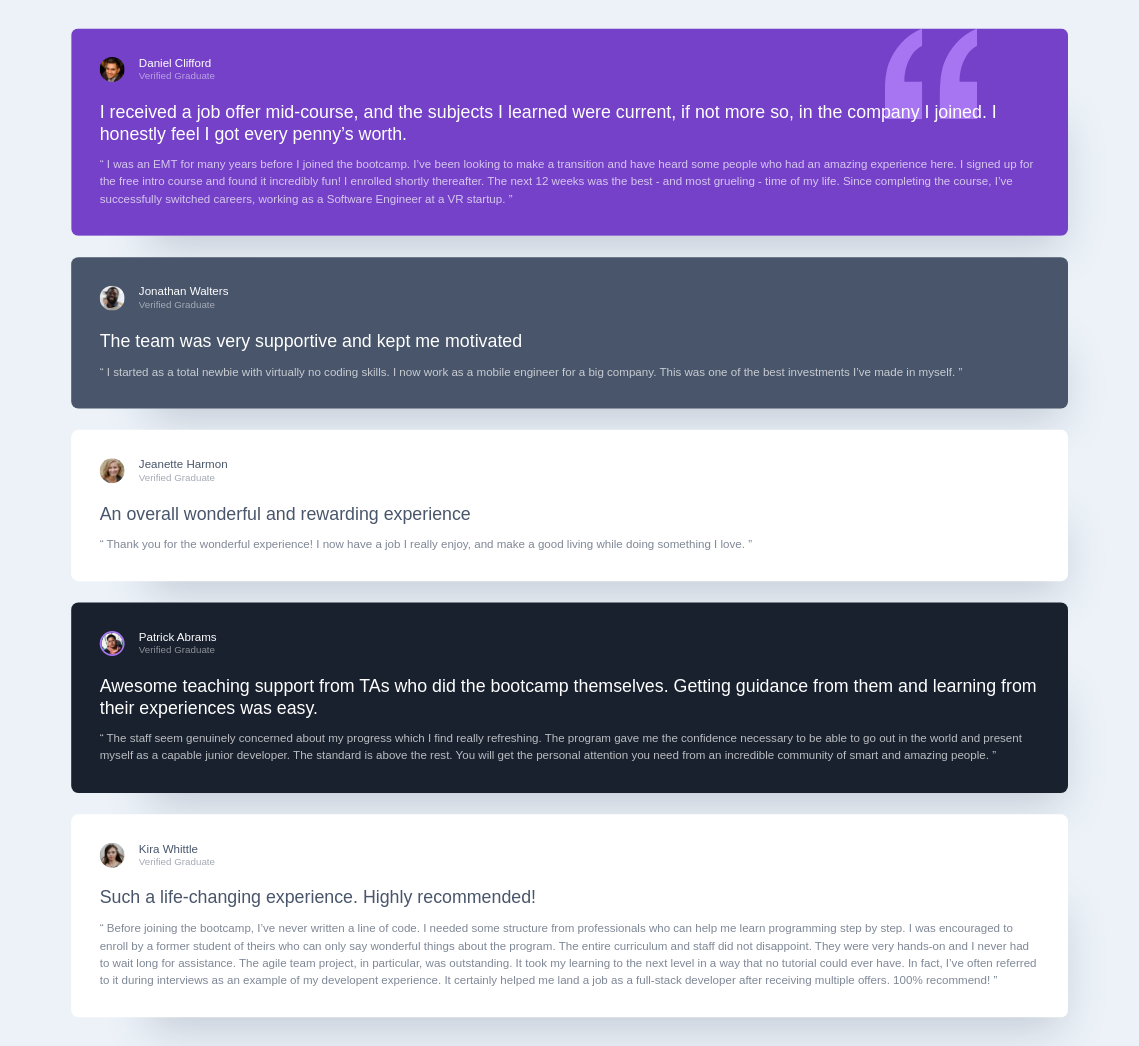
Repository: Imprasna/Grid_template
Page: index.html
An editor plug-in stored every save of this project. The page is shown before and after the next save, followed by the edit.
The browser window is 1280 px wide. The pictures show the whole page, at 89% of full size.

Above is the page before, as saved 2021-11-28 10:33:53.

### index.html
<!DOCTYPE html>
<html lang="en">
<head>
    <meta charset="UTF-8">
    <meta http-equiv="X-UA-Compatible" content="IE=edge">
    <meta name="viewport" content="width=device-width, initial-scale=1.0">
    <link rel="stylesheet" href="style.css">
    <title>GRid</title>
</head>
<body>
    <main class="testimonial-grid">
        <article class="testimonial grid-col-span-2 flow bg-primary-400 quote text-neutral-100">
          <div class="flex">
            <div>
              <img  src="./images/image-daniel.jpg" alt="daniel clifford">
            </div>
            <div>
              <h2 class="name">Daniel Clifford</h2>
              <p class="position">Verified Graduate</p>
            </div>
          </div>
          <p>
            I received a job offer mid-course, and the subjects I learned were current, if not more so,
            in the company I joined. I honestly feel I got every penny’s worth.
          </p>
          <p>
            “ I was an EMT for many years before I joined the bootcamp. I’ve been looking to make a
            transition and have heard some people who had an amazing experience here. I signed up
            for the free intro course and found it incredibly fun! I enrolled shortly thereafter.
            The next 12 weeks was the best - and most grueling - time of my life. Since completing
            the course, I’ve successfully switched careers, working as a Software Engineer at a VR startup. ”
          </p>
        </article>
        <article class="testimonial flow bg-secondary-400 text-neutral-100">
          <div class="flex">
            <div>
              <img src="./images/image-jonathan.jpg" alt="Jonathan Walters">
            </div>
            <div>
              <h2 class="name">Jonathan Walters</h2>
              <p class="position">Verified Graduate</p>
            </div>
          </div>
          <p>
            The team was very supportive and kept me motivated
          </p>
          <p>
            “ I started as a total newbie with virtually no coding skills. I now work as a mobile engineer
            for a big company. This was one of the best investments I’ve made in myself. ”
          </p>
        </article>
        <article class="testimonial flow bg-neutral-100 text-secondary-400">
          <div class="flex">
            <div>
              <img src="./images/image-jeanette.jpg" alt="Jeanette Harmon">
            </div>
            <div>
              <h2 class="name">Jeanette Harmon</h2>
              <p class="position">Verified Graduate</p>
            </div>
          </div>
          <p>
            An overall wonderful and rewarding experience</p>
          <p>
            “ Thank you for the wonderful experience! I now have a job I really enjoy, and make a good living
            while doing something I love. ”
          </p>
        </article>
        <article class="testimonial grid-col-span-2 flow bg-secondary-500 text-neutral-100">
          <div class="flex">
            <div>
              <img class="border-primary-400" src="./images/image-patrick.jpg" alt="Patrick Abrams">
            </div>
            <div>
              <h2 class="name">Patrick Abrams</h2>
              <p class="position">Verified Graduate</p>
            </div>
          </div>
          <p>
            Awesome teaching support from TAs who did the bootcamp themselves. Getting guidance from them and
            learning from their experiences was easy.
          </p>
          <p>
            “ The staff seem genuinely concerned about my progress which I find really refreshing. The program
            gave me the confidence necessary to be able to go out in the world and present myself as a capable
            junior developer. The standard is above the rest. You will get the personal attention you need from
            an incredible community of smart and amazing people. ”
          </p>
        </article>
        <article class="testimonial flow bg-neutral-100 text-secondary-400">
          <div class="flex">
            <div>
              <img src="./images/image-kira.jpg" alt="Kira Whittle">
            </div>
            <div>
              <h2 class="name">Kira Whittle</h2>
              <p class="position">Verified Graduate</p>
            </div>
          </div>
          <p>
            Such a life-changing experience. Highly recommended!
          </p>
          <p>
            “ Before joining the bootcamp, I’ve never written a line of code. I needed some structure from
            professionals who can help me learn programming step by step. I was encouraged to enroll by a former
            student of theirs who can only say wonderful things about the program. The entire curriculum and staff
            did not disappoint. They were very hands-on and I never had to wait long for assistance. The agile team
            project, in particular, was outstanding. It took my learning to the next level in a way that no tutorial
            could ever have. In fact, I’ve often referred to it during interviews as an example of my developent
            experience. It certainly helped me land a job as a full-stack developer after receiving multiple offers.
            100% recommend! ”
          </p>
        </article>
      </main>
</body>
</html>

### style.css
:root {
    --clr-primary-400: 263 55% 52%;
    --clr-secondary-400: 217 19% 35%;
    --clr-secondary-500: 219 29% 14%;
    --clr-neutral-100: 0 0% 100%;
    --clr-neutral-200: 210 46% 95%;
    --clr-neutral-300: 0 0% 81%;

    --ff-primary: "Barlow Semi Condensed", sans-serif;

    --fw-400: 500;
    --fw-700: 600;

    --fs-300: 0.6875rem;
    --fs-400: 0.8125rem;
    --fs-500: 1.25rem;
  }

  /* Box sizing rules */
  *,
  *::before,
  *::after {
    box-sizing: border-box;
  }

  /* Remove default margin */
  body,
  h1,
  h2,
  h3,
  h4,
  p,
  figure,
  blockquote,
  dl,
  dd {
    margin: 0;
  }

  /* Remove list styles on ul, ol elements with a list role, which suggests default styling will be removed */
  ul[role="list"],
  ol[role="list"] {
    list-style: none;
  }

  /* Set core root defaults */
  html:focus-within {
    scroll-behavior: smooth;
  }

  /* Set core body defaults */
  body {
    min-height: 100vh;
    text-rendering: optimizeSpeed;
    line-height: 1.5;
  }

  /* A elements that don't have a class get default styles */
  a:not([class]) {
    text-decoration-skip-ink: auto;
  }

  /* Make images easier to work with */
  img,
  picture {
    max-width: 100%;
    display: block;
  }

  /* Inherit fonts for inputs and buttons */
  input,
  button,
  textarea,
  select {
    font: inherit;
  }

  /* Remove all animations, transitions and smooth scroll for people that prefer not to see them */
  @media (prefers-reduced-motion: reduce) {
    html:focus-within {
      scroll-behavior: auto;
    }

    *,
    *::before,
    *::after {
      animation-duration: 0.01ms !important;
      animation-iteration-count: 1 !important;
      transition-duration: 0.01ms !important;
      scroll-behavior: auto !important;
    }
  }

  body {
    display: grid;
    place-content: center;
    min-height: 100vh;

    font-family: var(--ff-primary);
    font-weight: var(--fw-400);

    background-color: hsl(var(--clr-neutral-200));
  }

  h1,
  h2,
  h3 {
    font-weight: var(--fw-700);
  }

  /* utilities */
  .flex {
    display: flex;
    gap: var(--gap, 1rem);
  }

  .flow > *:where(:not(:first-child)) {
    margin-top: var(--flow-spacer, 1em);
  }

  .bg-primary-400 {
    background: hsl(var(--clr-primary-400));
  }
  .bg-secondary-400 {
    background: hsl(var(--clr-secondary-400));
  }
  .bg-secondary-500 {
    background: hsl(var(--clr-secondary-500));
  }

  .bg-neutral-100 {
    background: hsl(var(--clr-neutral-100));
  }

  .text-neutral-100 {
    color: hsl(var(--clr-neutral-100));
  }
  .text-secondary-400 {
    color: hsl(var(--clr-secondary-400));
  }
  .border-primary-400 {
    border: 2px solid #a775f1;
  }

  /* components */
  .testimonial-grid {
    padding-block: 2rem;
    width: min(95%, 70rem);
    margin-inline: auto;

    display: grid;
    gap: 1.5rem;
    grid-template-columns: ;
  }

  .testimonial {
    font-size: var(--fs-400);
    padding: 2rem;
    border-radius: 0.5rem;
    box-shadow: 2.5rem 3.75rem 3rem -3rem hsl(var(--clr-secondary-400) / 0.25);
  }

  .testimonial.quote {
    background-image: url("./images/bg-pattern-quotation.svg");
    background-repeat: no-repeat;
    background-position: top right 10%;
  }

  .testimonial img {
    width: 1.75rem;
    aspect-ratio: 1;
    border-radius: 50%;
  }

  .testimonial .name {
    font-size: var(--fs-400);
    font-weight: var(--fw-400);
    line-height: 1;
  }

  .testimonial .position {
    font-size: var(--fs-300);
    opacity: 0.5;
  }

  .testimonial > p:first-of-type {
    font-size: var(--fs-500);
    line-height: 1.2;
  }

  .testimonial > p:last-of-type {
    opacity: 0.7;
  }

After the next save:
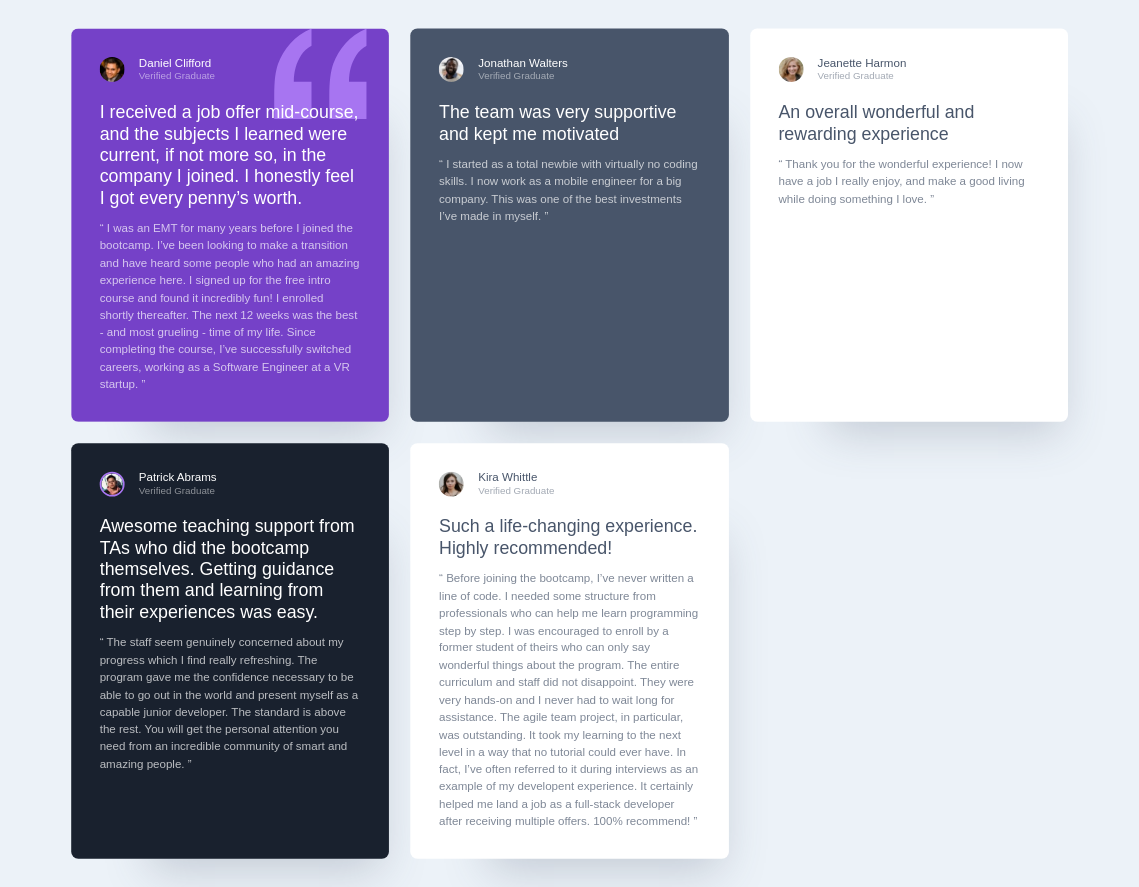
Saved 5 s later.
--- a/style.css
+++ b/style.css
@@ -150,7 +150,7 @@
 
     display: grid;
     gap: 1.5rem;
-    grid-template-columns: ;
+    grid-template-columns: 1fr 1fr 1fr;
   }
 
   .testimonial {

After the 2 saves that followed:
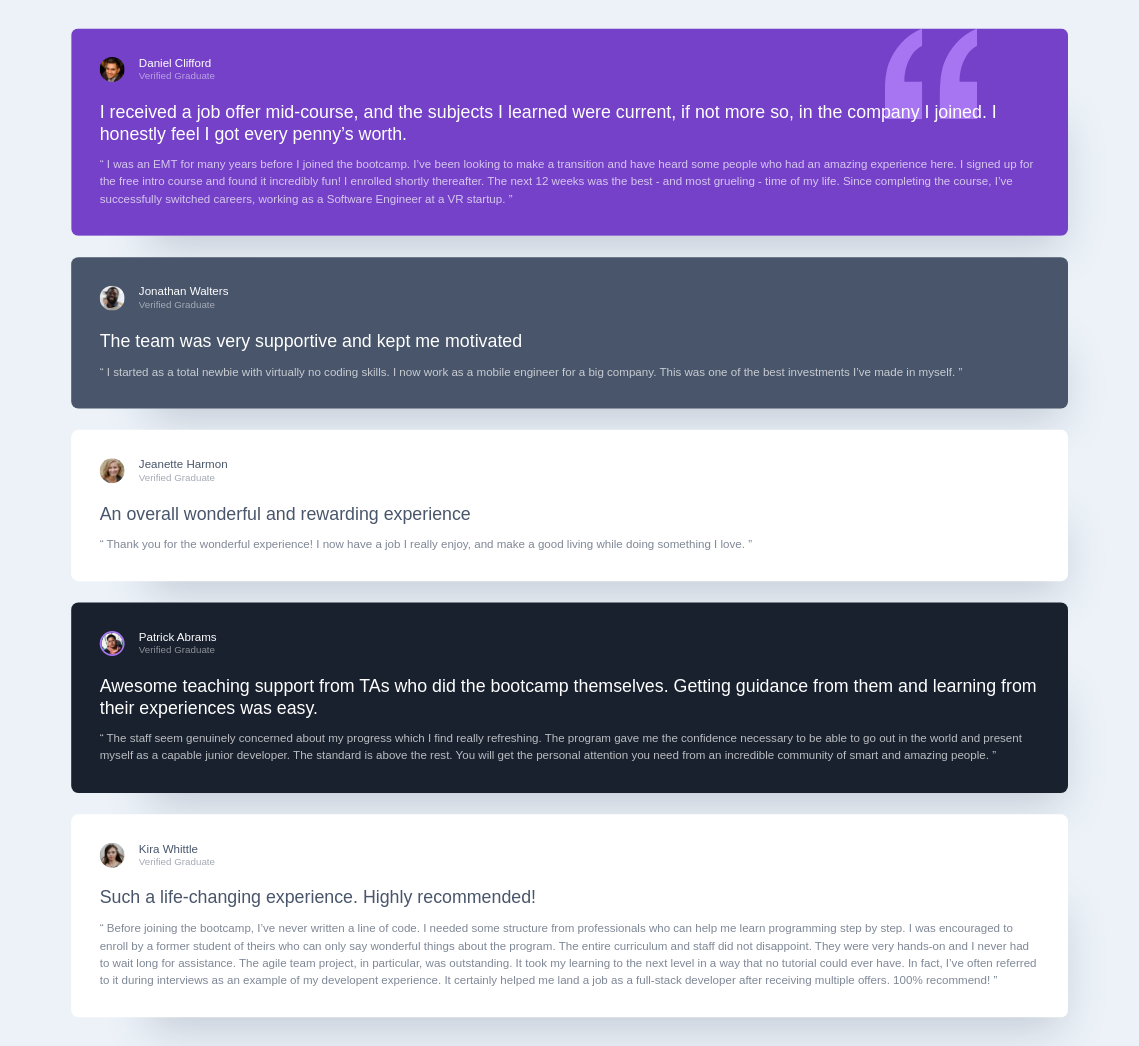
The 2 saves are shown as one change because they came seconds apart.
The last was saved 62 s later.
--- a/style.css
+++ b/style.css
@@ -150,7 +150,7 @@
 
     display: grid;
     gap: 1.5rem;
-    grid-template-columns: 1fr 1fr 1fr;
+    grid-template-columns: repeat();
   }
 
   .testimonial {
